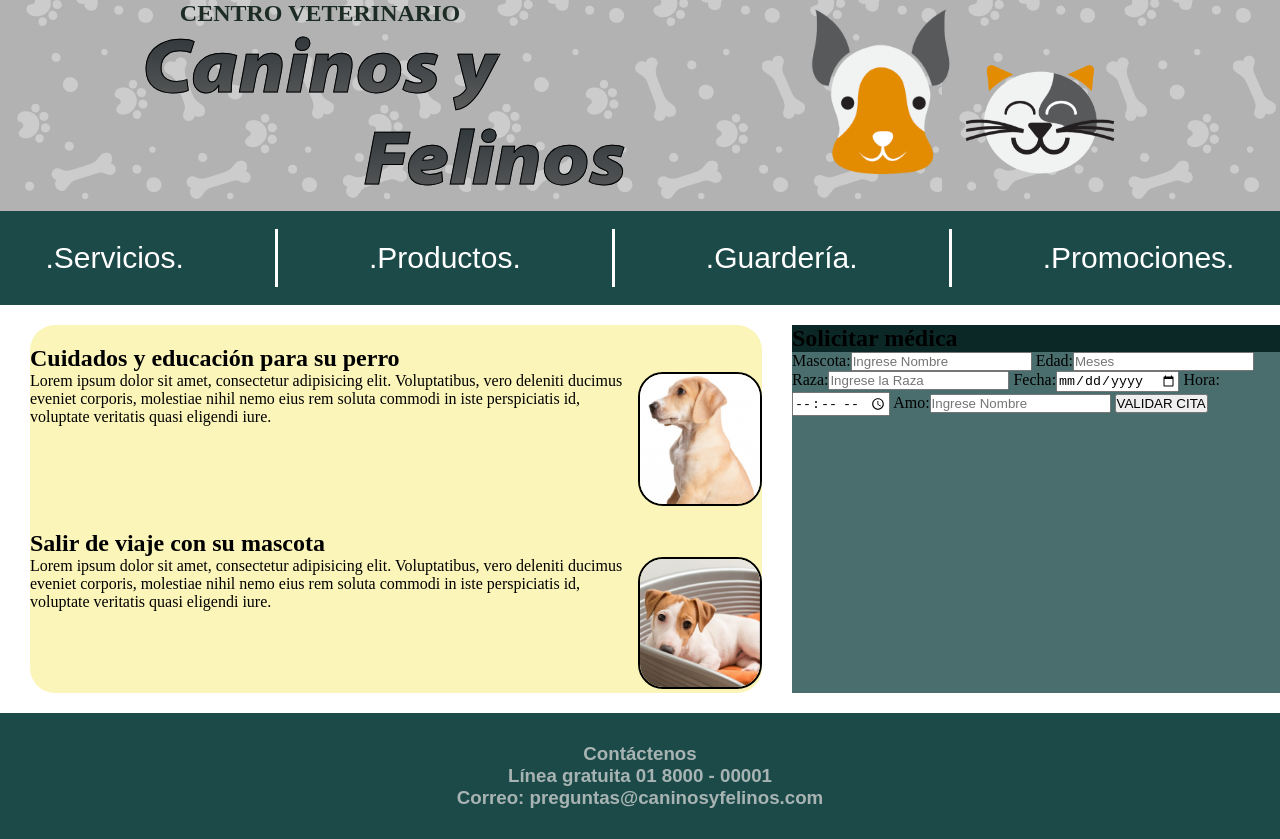
Repository: mariomr87/senaweb01
Page: principal.html
These files come from the project's save history. The page is drawn as it stood at one moment and after the next save; the edit follows.
The browser window is 1280 px wide. The pictures show the whole page.

Above is the page before, as saved 2021-10-23 10:19:19.

### principal.html
<!DOCTYPE html>
<html lang="en">
<head>
    <meta charset="UTF-8">
    <meta http-equiv="X-UA-Compatible" content="IE=edge">
    <meta name="viewport" content="width=device-width, initial-scale=1.0">
    <link rel="stylesheet" href="estilos.css">
    <title>Document</title>
</head>
<body>
    <div>
        <header>
            <div id="cabecera">
                <div class="header-text">
                    <h3>CENTRO VETERINARIO</h3>
                    <h1><span id="header-text-degrad">Caninos y <br><span id="text-felinos">Felinos</span></spa></h1>
                </div>
                <div class="header-img">
                    <img src="./imagenes/dog_white.png" alt="">
                    <img src="./imagenes/cat_white.png" alt="">
                </div>
            </div>
        </header>
        <nav>
            <td>
                <tr><a href="">.Servicios.</a><span class="linea"></span></tr>
                <tr><a href="">.Productos.</a><span class="linea"></span></tr>
                <tr><a href="">.Guardería.</a><span class="linea"></span></tr>
                <tr><a href="">.Promociones.</a></tr>
            </td>
        </nav>
        <div class="centro-pag">
            <section>
                <article class="noticias">
                    <h2>Cuidados y educación para su perro</h2>
                    <div class="centropag-texto">
                        <p>Lorem ipsum dolor sit amet, consectetur adipisicing elit. Voluptatibus, vero deleniti ducimus eveniet corporis, molestiae nihil nemo eius rem soluta commodi in iste perspiciatis id, voluptate veritatis quasi eligendi iure.</p>
                        <div><img src="./imagenes/perro1.png" alt=""></div>
                    </div>
                </article>
                <article class="noticias">
                    <h2>Salir de viaje con su mascota</h2>
                    <div class="centropag-texto">
                        <p>Lorem ipsum dolor sit amet, consectetur adipisicing elit. Voluptatibus, vero deleniti ducimus eveniet corporis, molestiae nihil nemo eius rem soluta commodi in iste perspiciatis id, voluptate veritatis quasi eligendi iure.</p>
                        <div><img src="./imagenes/perro2.png" alt=""></div>
                    </div>
                </article>
            </section>
            <aside>
                <form action="">
                    <div><h2>Solicitar médica</h2></div>
                    <div class="cuestionario">
                        <label for="mascota_name">Mascota:</label><input type="text" placeholder="Ingrese Nombre" id="">
                        <label for="age_pet">Edad:</label><input type="number" name="" id="" placeholder="Meses">
                        <label for="raza_pet">Raza:</label><input type="text" name="" id="" placeholder="Ingrese la Raza">
                        <label for="fecha_ingreso_pet">Fecha:</label><input type="date" name="" id="">
                        <label for="hora_ingreso_pet">Hora:</label><input type="time" name="" id="">
                        <label for="amo_pet">Amo:</label><input type="text" name="" id="" placeholder="Ingrese Nombre">
                        <button type="submit">VALIDAR CITA</button>
                    </div>
                </form>
            </aside>
        </div>
        <footer>
            <h3>Contáctenos</h3>
            <h3>Línea gratuita 01 8000 - 00001</h3>
            <h3>Correo: preguntas@caninosyfelinos.com</h3>
        </footer>
    </div>
</body>
</html>

### estilos.css
*{
    margin: 0px;
    padding: 0px;
}

@font-face {
    font-family: Myriad_Pro ;
    src: url(./extra/MyriadProBlackSemiExtendedItalic.otf);
}

h1{
    font-family: Myriad_pro;
}

header div img{
    width: 10em;
}

#cabecera{
    background-image: url("./imagenes/fondo.png");
    background-repeat: initial;
    width: 100%;
    display: flex;
    text-align: center;
}

.header-text,.header-img{
    width:50%;
}

.header-text h3{
    font-size: 1.5em;
    color:#1c2c24;
}

.header-text h1{
    font-size: 4.8em;
}

#header-text-degrad{
    background: linear-gradient(#30373b,#5c5c5c);
    -webkit-background-clip: text;
    -webkit-text-fill-color: transparent;
    -webkit-text-stroke: 1px black;
}

#text-felinos{
    margin-left: 350px;
}

nav{
    display: flex;
    flex-direction: row;
    justify-content: space-around;
    background: #1c4a48;
    margin-bottom: 20px;
}

nav a{
    color: #fff;
    text-decoration: none;
    font-size: 30px;
    font-family: Arial, Helvetica, sans-serif;
    padding: 30px 0;

}

.linea{
    border-right: 3px solid #fff;
    margin: 18px 0;
}

.centro-pag{
    display: flex;

}

.centro-pag section{
    border-radius: 25px;
}

.noticias{
    margin-top: 20px;
}

.centropag-texto{
    display: flex;
}

section{
    background: #fbf5ba;
    width: 60%;
    margin: 0 30px;
}

article div img {
    width: 120px;
    border: 2px solid black;
    border-radius: 25px;
}

form  div h2{
    background:#0b2826 ;
}

aside{
    background: #496e6d;
    width: 40%;
}

footer{
    text-align: center;
    background: #1c4a48;
    color: #a8b4b3;
    padding: 30px 0;
    font-family: Arial, Helvetica, sans-serif;
    margin-top: 20px;
}

After the next save:
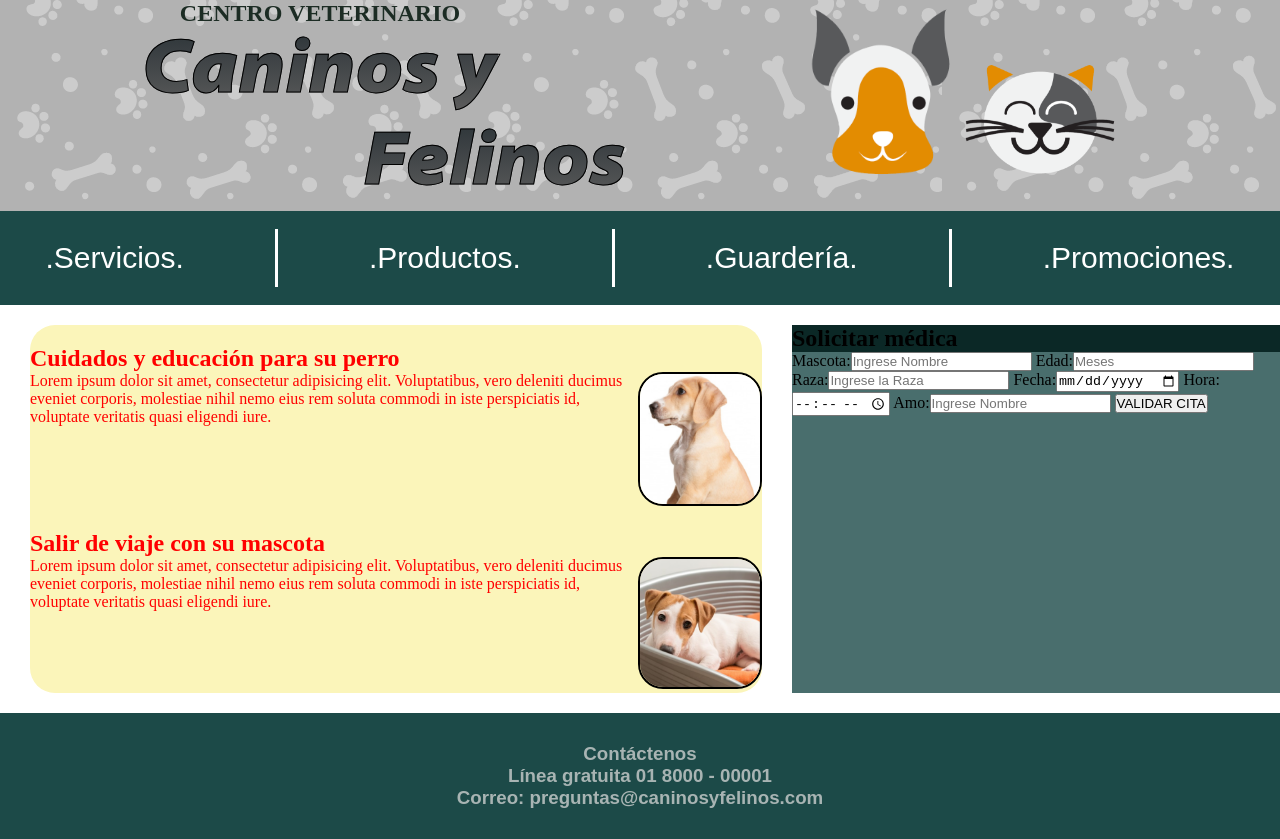
Saved 19 s later.
--- a/estilos.css
+++ b/estilos.css
@@ -76,6 +76,7 @@
 }
 
 .centro-pag section{
+    color: red;
     border-radius: 25px;
 }
 

After the save that followed:
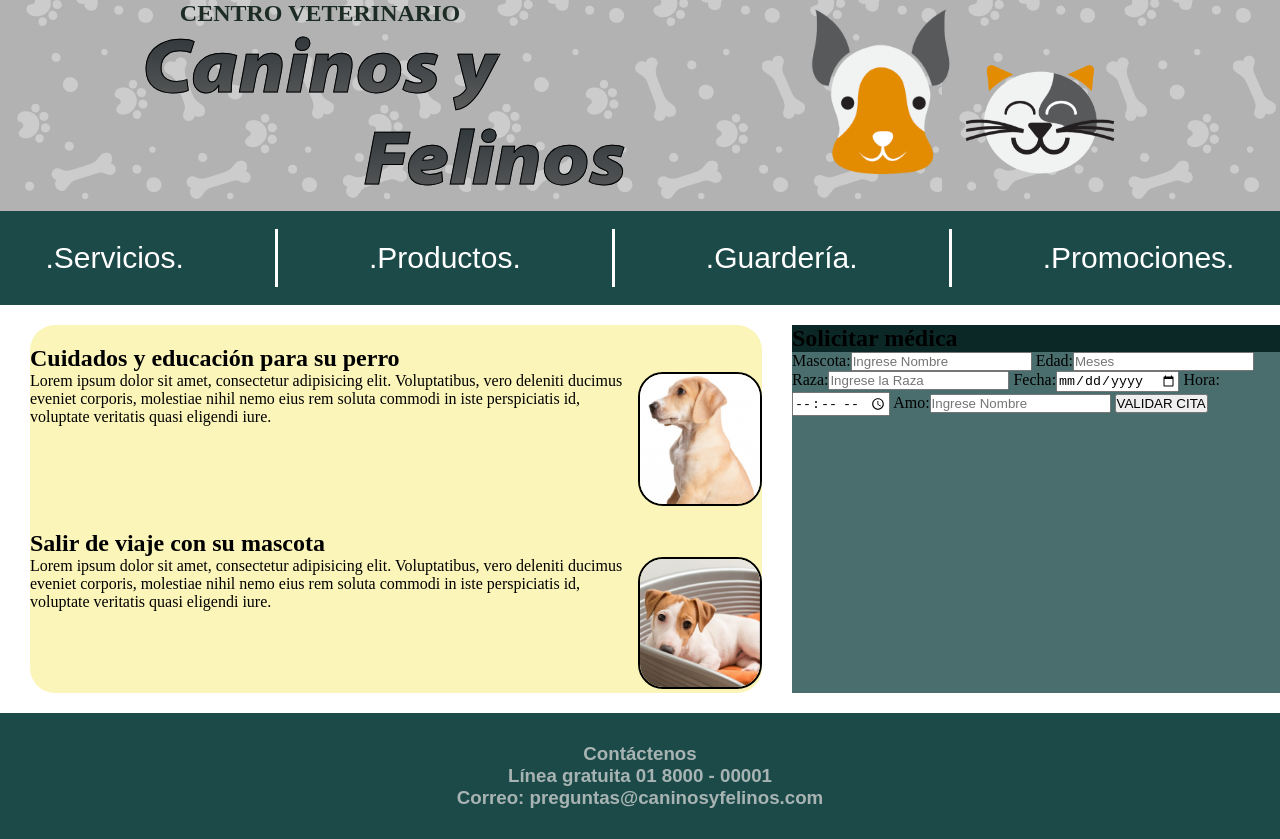
Saved 21 s later.
--- a/estilos.css
+++ b/estilos.css
@@ -76,7 +76,6 @@
 }
 
 .centro-pag section{
-    color: red;
     border-radius: 25px;
 }
 
